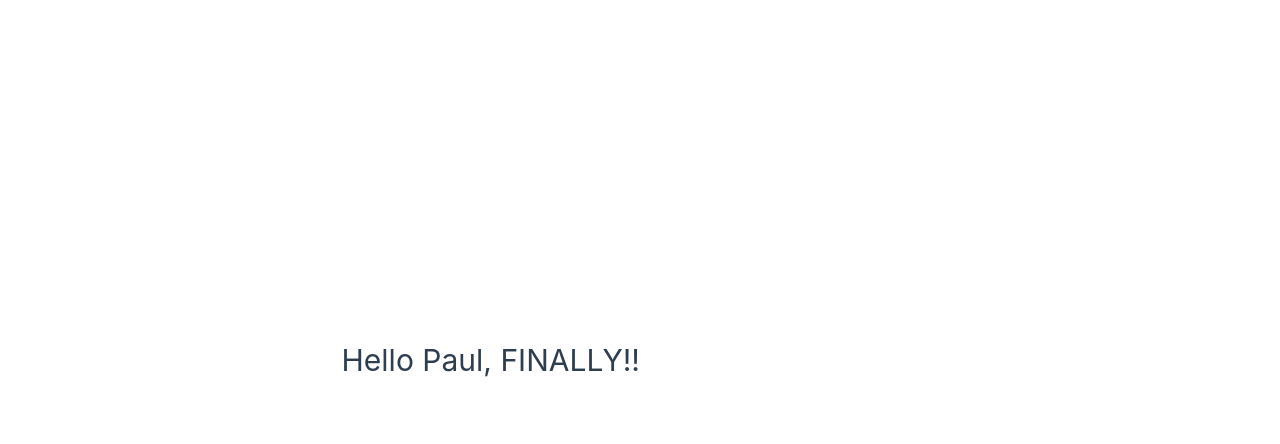
Repository: carlsopa/acmewidget
Page: / (app in frontend/)
An editor plug-in stored every save of this project. The page is shown before and after the next save, followed by the edit.
The browser window is 1280 px wide. The pictures show the whole page.
The project was rebuilt for these pictures with package versions that can differ from the ones it lists, and the page was loaded fresh each time. Also part of the build but not shown: frontend/vite.config.ts, frontend/src/components/WelcomeItem.vue, frontend/src/components/icons/IconDocumentation.vue, frontend/src/components/icons/IconTooling.vue, frontend/src/components/icons/IconEcosystem.vue, frontend/src/components/icons/IconCommunity.vue, frontend/src/components/icons/IconSupport.vue, frontend/src/components/TheWelcome.vue and 1 more.

Above is the page before, as saved 2024-04-07 20:43:10.

### frontend/src/App.vue
<script setup lang="ts">
// import { RouterLink, RouterView } from 'vue-router'
// import HelloWorld from './components/HelloWorld.vue'
</script>

<template>
  <div>
    <h1>Hello Paul, FINALLY!!</h1>
  </div>
  <!-- <header>
    <img alt="Vue logo" class="logo" src="@/assets/logo.svg" width="125" height="125" />

    <div class="wrapper">
      <HelloWorld msg="You did it!" />

      <nav>
        <RouterLink to="/">Home</RouterLink>
        <RouterLink to="/about">About</RouterLink>
      </nav>
    </div>
  </header>

  <RouterView /> -->
</template>

<style scoped>
header {
  line-height: 1.5;
  max-height: 100vh;
}

.logo {
  display: block;
  margin: 0 auto 2rem;
}

nav {
  width: 100%;
  font-size: 12px;
  text-align: center;
  margin-top: 2rem;
}

nav a.router-link-exact-active {
  color: var(--color-text);
}

nav a.router-link-exact-active:hover {
  background-color: transparent;
}

nav a {
  display: inline-block;
  padding: 0 1rem;
  border-left: 1px solid var(--color-border);
}

nav a:first-of-type {
  border: 0;
}

@media (min-width: 1024px) {
  header {
    display: flex;
    place-items: center;
    padding-right: calc(var(--section-gap) / 2);
  }

  .logo {
    margin: 0 2rem 0 0;
  }

  header .wrapper {
    display: flex;
    place-items: flex-start;
    flex-wrap: wrap;
  }

  nav {
    text-align: left;
    margin-left: -1rem;
    font-size: 1rem;

    padding: 1rem 0;
    margin-top: 1rem;
  }
}
</style>

Loaded but not shown: frontend/index.html (common file); frontend/src/main.ts (common file); frontend/src/assets/main.css (common file); frontend/src/router/index.ts (common file); frontend/src/assets/base.css (common file)

After the next save:
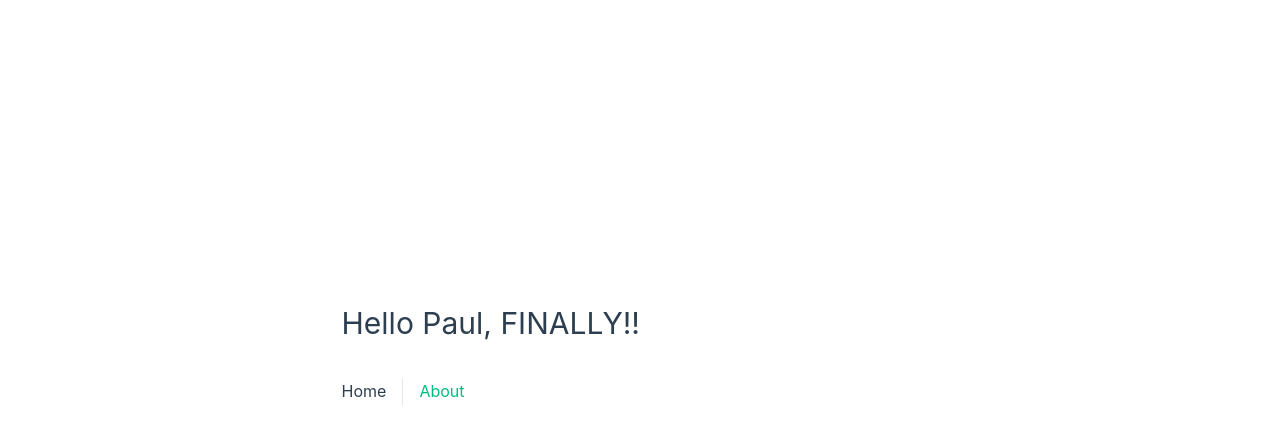
Saved 3 min 46 s later.
--- a/frontend/src/App.vue
+++ b/frontend/src/App.vue
@@ -6,6 +6,10 @@
 <template>
   <div>
     <h1>Hello Paul, FINALLY!!</h1>
+    <nav>
+      <RouterLink to="/">Home</RouterLink>
+      <RouterLink to="/about">About</RouterLink>
+    </nav>
   </div>
   <!-- <header>
     <img alt="Vue logo" class="logo" src="@/assets/logo.svg" width="125" height="125" />
